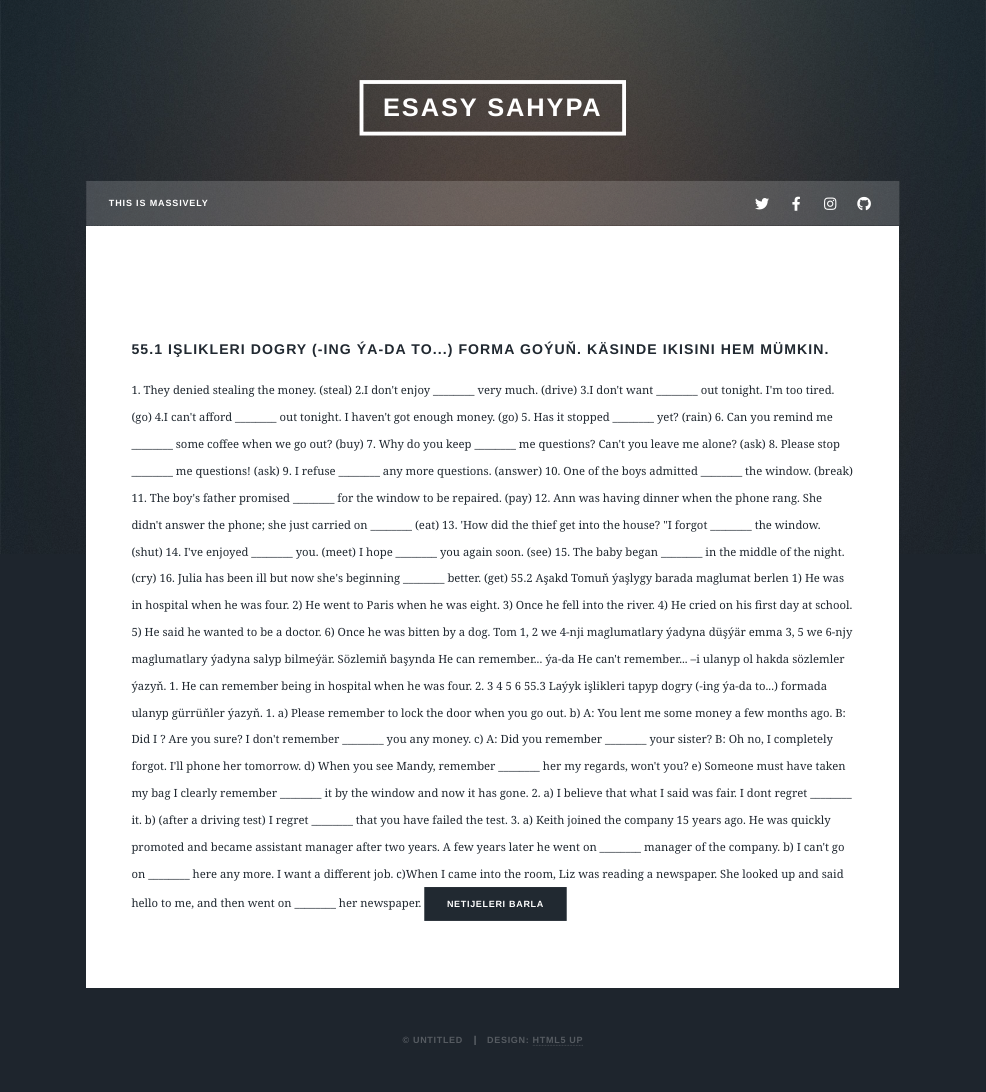
Repository: Sahet-dev/English-grammar-app
Page: test/test_unit _55.html
An editor plug-in stored every save of this project. The page is shown before and after the next save, followed by the edit.
The browser window is 1280 px wide. The pictures show the whole page, at 77% of full size.
Some web fonts or font styles are not loaded; a fallback is used.

Above is the page before, as saved 2022-06-24 15:26:05.

### test/test_unit _55.html
<!DOCTYPE HTML>
<!--
	Massively by HTML5 UP
	html5up.net | @ajlkn
	Free for personal and commercial use under the CCA 3.0 license (html5up.net/license)
-->
<html>
	<head>
		<title>Test </title>
		<meta charset="utf-8" />
		<meta name="viewport" content="width=device-width, initial-scale=1, user-scalable=no" />
		<link rel="stylesheet" href="../assets/css/test.css" />
		<noscript><link rel="stylesheet" href="../assets/css/noscript.css" /></noscript>
	</head>
	<body class="is-preload">

		<!-- Wrapper -->
			<div id="wrapper">

				<!-- Header -->
					<header id="header">
						<a href="index.html" class="logo">Esasy Sahypa</a>
					</header>

				<!-- Nav -->
					<nav id="nav">
						<ul class="links">
							<li><a href="units/.html">This is Massively</a></li>

						</ul>
						<ul class="icons">
							<li><a href="#" class="icon brands fa-twitter"><span class="label">Twitter</span></a></li>
							<li><a href="#" class="icon brands fa-facebook-f"><span class="label">Facebook</span></a></li>
							<li><a href="#" class="icon brands fa-instagram"><span class="label">Instagram</span></a></li>
							<li><a href="#" class="icon brands fa-github"><span class="label">GitHub</span></a></li>
						</ul>
					</nav>

				<!-- Main -->
					<div id="main">

						<!-- Post -->
							<section class="post">
								<header class="major">
									<h2>


									</h2>
								</header>

								<!-- Text stuff -->

									<p>
										<form action="results-unit-1.php" method="post">

										<h3>55.1

													Işlikleri dogry  (-ing ýa-da to...) forma goýuň.
													Käsinde ikisini hem mümkin.</h3>

													1. They denied stealing the money. (steal)

													2.I don't enjoy    ________    very much. (drive)

													3.I don't want    ________    out tonight. I'm too tired. (go)


													4.I can't afford     ________    out tonight. I haven't got enough money. (go)

													5. Has it stopped      ________     yet? (rain)

													6. Can you remind me      ________    some coffee  when we go out? (buy)

													7. Why do you keep      ________    me questions? Can't you leave me alone? (ask)


													8. Please stop      ________     me questions! (ask)

													9. I refuse      ________     any more questions. (answer)

													10. One of the boys admitted      ________    the window. (break)


													11. The boy's father promised      ________    for the window to be repaired. (pay)



													12. Ann was having dinner when the phone rang. She didn't answer the phone; she just
													carried on      ________    (eat)



													13. 'How did the thief get into the house? "I forgot       ________    the window. (shut)

													14. I've enjoyed      ________    you. (meet) I hope      ________    you again soon. (see)

													15. The baby began      ________    in the middle of the night. (cry)

													16. Julia has been ill but now she's beginning       ________    better. (get)



													55.2

													Aşakd Tomuň ýaşlygy barada maglumat berlen


													1) He was in hospital when he was four.

													2) He went to Paris when he was eight.

													3) Once he fell into the river.

													4) He cried on his first day at school.

													5) He said he wanted to be a doctor.

													6) Once he was bitten by a dog.


													Tom 1, 2 we 4-nji maglumatlary ýadyna düşýär emma  3, 5 we 6-njy maglumatlary ýadyna salyp bilmeýär. Sözlemiň başynda  He can remember... ýa-da  He can't remember... –i ulanyp ol hakda sözlemler ýazyň.

													1. He can remember being in hospital when he was four.

													2.

													3

													4

													5

													6

													55.3

													Laýyk işlikleri tapyp dogry  (-ing ýa-da to...) formada ulanyp gürrüňler ýazyň.

													1. a) Please remember to lock the door when you go out.

													b) A: You lent me some money a few months ago.

													B: Did I ? Are you sure? I don't remember      ________    you any money.


													c) A: Did you remember      ________    your sister?

													B: Oh no, I completely forgot. I'll phone her tomorrow.

													d) When you see Mandy, remember      ________    her my regards, won't you?

													e) Someone must have taken my bag I clearly remember      ________     it by the window and now it has gone.


													2. a) I believe that what I said was fair. I dont
													regret     ________     it.

													b) (after a driving test) I regret     ________     that you have failed the test.

													3. a) Keith joined the company 15 years ago. He was quickly promoted and became assistant manager after two years. A few years later he went on      ________      manager of the company.

													b) I can't go on     ________     here any more. I want a different job.


													c)When I came into the room, Liz was reading a newspaper. She looked up and said hello to me, and then went on      ________     her newspaper.


											        <button class="button primary" type="submit">Netijeleri barla</button>
										</form>



									</p>


							</section>

					</div>


				<!-- Copyright -->
					<div id="copyright">
						<ul><li>&copy; Untitled</li><li>Design: <a href="https://html5up.net">HTML5 UP</a></li></ul>
					</div>

			</div>

		<!-- Scripts -->
			<script src="assets/js/jquery.min.js"></script>
			<script src="assets/js/jquery.scrollex.min.js"></script>
			<script src="assets/js/jquery.scrolly.min.js"></script>
			<script src="assets/js/browser.min.js"></script>
			<script src="assets/js/breakpoints.min.js"></script>
			<script src="assets/js/util.js"></script>
			<script src="assets/js/main.js"></script>

	</body>
</html>

Loaded but not shown: assets/js/jquery.min.js (library); assets/js/jquery.scrollex.min.js (common file); assets/js/jquery.scrolly.min.js (common file); assets/js/browser.min.js (common file); assets/js/breakpoints.min.js (common file); assets/css/fontawesome-all.min.css (library); assets/js/util.js (587 lines, source omitted); assets/js/main.js (258 lines, source omitted); assets/css/test.css (4689 lines, source omitted)

After the next save:
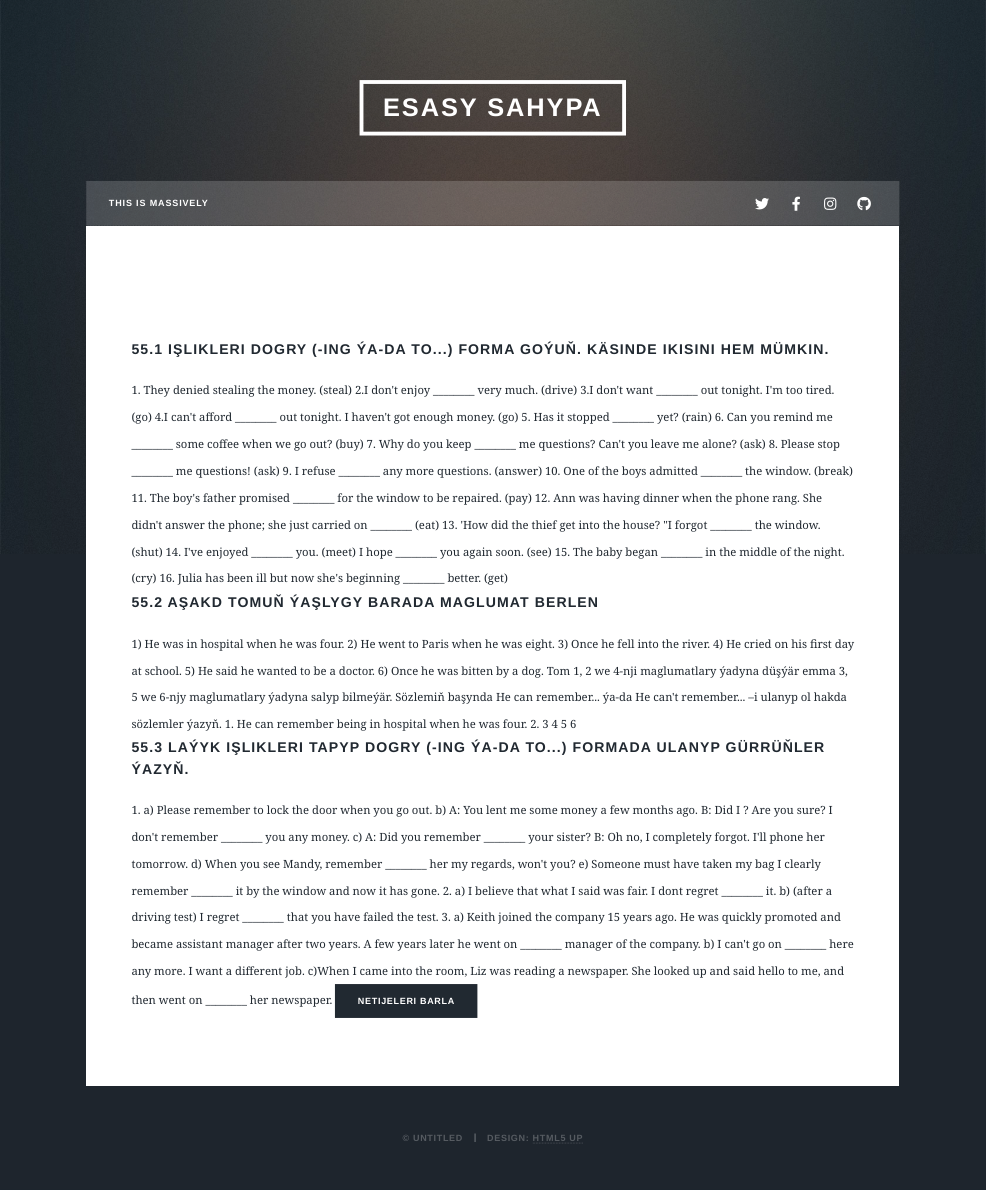
Saved 25 s later.
--- a/test/test_unit _55.html
+++ b/test/test_unit _55.html
@@ -100,9 +100,9 @@
 
 
 
-													55.2
+												<h3>55.2
 
-													Aşakd Tomuň ýaşlygy barada maglumat berlen
+													Aşakd Tomuň ýaşlygy barada maglumat berlen</h3>
 
 
 													1) He was in hospital when he was four.
@@ -132,9 +132,9 @@
 
 													6
 
-													55.3
+												<h3>55.3
 
-													Laýyk işlikleri tapyp dogry  (-ing ýa-da to...) formada ulanyp gürrüňler ýazyň.
+													Laýyk işlikleri tapyp dogry  (-ing ýa-da to...) formada ulanyp gürrüňler ýazyň.</h3>
 
 													1. a) Please remember to lock the door when you go out.
 
